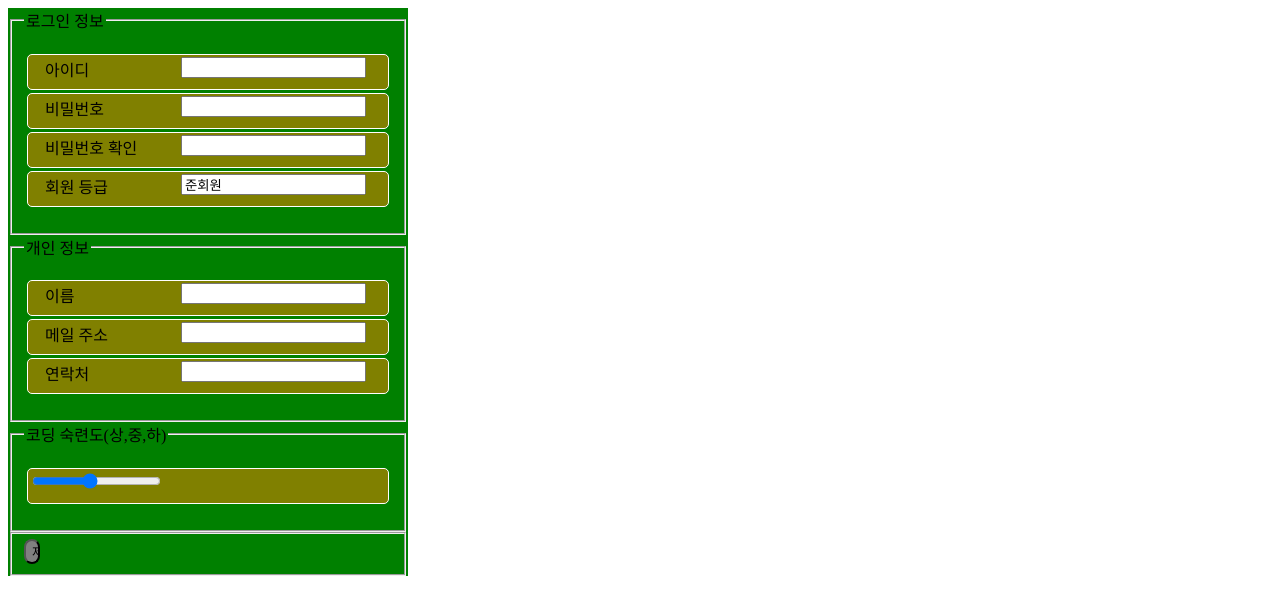
Repository: giwon8701/Qclass_KH
Page: Workspace_Java/testWebProject/test.html
These files come from the project's save history. The page is drawn as it stood at one moment and after the next save; the edit follows.
The browser window is 1280 px wide. The pictures show the whole page.

Above is the page before, as saved 2021-01-11 02:38:21.

After the next save:
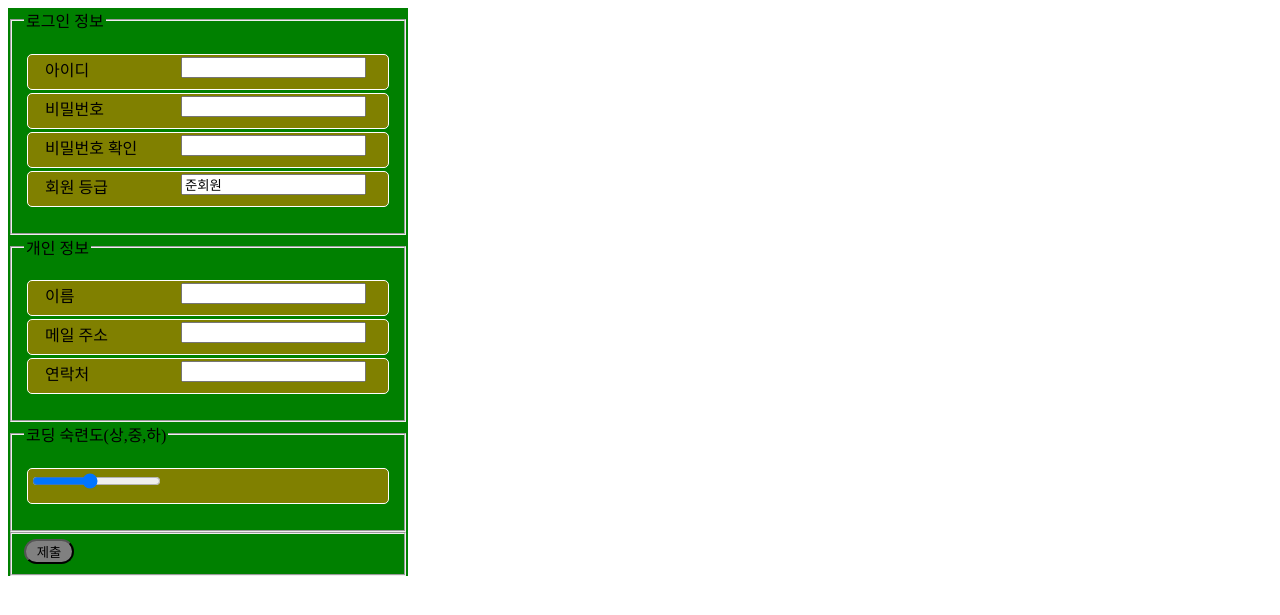
Saved 5 s later.
--- a/Workspace_Java/testWebProject/test_css.css
+++ b/Workspace_Java/testWebProject/test_css.css
@@ -26,7 +26,7 @@
 	margin-right: 20px;
 }
 .btn_submit {
-	width:10px;
+	width:50px;
 	border-radius: 13px;
 	background:gray;
 }
